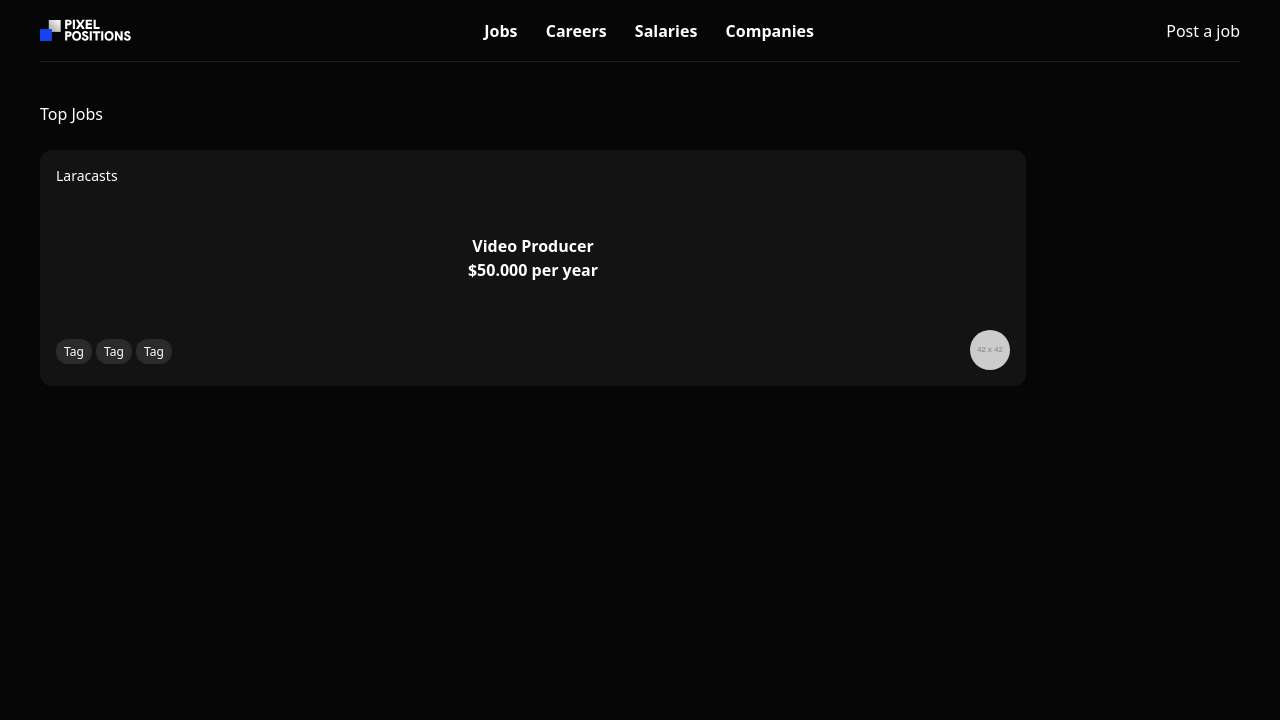
Repository: aggepap/pixel-positions-laravel
Page: http://localhost/
These files come from the project's save history. The page is drawn as it stood at one moment and after a run of saves; the edit follows.
The browser window is 1280 px wide. The pictures show the whole page.
The page is served by the project's Laravel application, run on PHP 8.4 with Laravel 12. Other server files are loaded and not shown. Style sheets and scripts are compiled from the project's sources, by tool versions that may differ from the author's.

Above is the page before, as saved 2025-02-21 20:40:56.

### resources/views/welcome.blade.php
<x-layout>
    <section>
        <h3 class="mb-6">Top Jobs</h3>
            <x-job-card></x-job-card>

    </section>
</x-layout>

### resources/views/components/job-card.blade.php
<div class=" p-4 bg-white/5 rounded-xl flex flex-col gap-4 text-center">

  <div class="self-start text-sm">Laracasts</div>
  <div class="py-8 font-bold"><h3>Video Producer</h3>
  <p>$50.000 per year</p></div>
  <div class="flex justify-between items-center mt-auto">
      <div class="">
      <a href="#" class="bg-white/10 px-2 py-1 rounded-xl text-xs hover:bg-white/25 transition-colors duration-300">Tag</a>
      <a href="#" class="bg-white/10 px-2 py-1 rounded-xl text-xs hover:bg-white/25 transition-colors duration-300">Tag</a>
      <a href="#" class="bg-white/10 px-2 py-1 rounded-xl text-xs hover:bg-white/25 transition-colors duration-300">Tag</a>

  </div>
      <img src="https://placehold.co/42" alt="" class="w-10 h-10 rounded-full">
  </div>
</div>

### resources/views/components/layout.blade.php
<!DOCTYPE html>
<html lang="en">
<head>
  <meta charset="UTF-8">
  <meta name="viewport" content="width=device-width, initial-scale=1.0">
  <title>Pixel Positions</title>
  @vite(['resources/js/app.js', 'resources/css/app.css'])
</head>
<body class="bg-black text-white">
  <div class="px-10">
    <nav class="flex justify-between items-center py-4 border-b border-white/10">
      <div class="">
        <a href="/"> <img src="{{Vite::asset('resources/images/logo.svg')}}" alt="Logo"></a>

      </div>
      <div class="space-x-6 font-bold"><a href="#">Jobs</a>
      <a href="#">Careers</a>
      <a href="#">Salaries</a>
       <a href="#">Companies</a>
      </div>
      <div class=""><a href="#">Post a job</a></div>
    </nav>
    <main class="mt-10 max-w-[986px]">{{$slot}}</main>
  </div>
</body>
</html>

### resources/images/logo.svg
<svg width="92" height="29" viewBox="0 0 92 29" fill="none" xmlns="http://www.w3.org/2000/svg">
    <path fill="url(#eq4u6l1jfa)" d="M8.787 4.021h11.877v11.877H8.787z"/>
    <path fill="#1544EF" d="M0 13.107h11.877v11.877H0z"/>
    <path d="M25.16 13V3.653h3.285c2.159 0 3.245.899 3.245 2.75 0 1.863-1.113 2.842-3.245 2.842H27.25V13H25.16zm2.091-5.686h.979c.858 0 1.354-.134 1.354-.885 0-.71-.429-.845-1.354-.845h-.979v1.73zM32.846 13V3.653h2.106V13h-2.106zm2.988 0 3.044-4.64-3.057-4.707h2.521L40.34 6.9l1.998-3.246h2.508L41.788 8.36 44.846 13h-2.521l-1.998-3.124L38.355 13h-2.52zm9.872 0V3.653h6.276v1.931h-4.17v1.61h3.969v1.944h-3.97v1.931h4.17V13h-6.275zm7.936 0V3.653h2.105v7.416h3.836V13h-5.941zM25.16 24.574v-9.347h3.285c2.159 0 3.245.898 3.245 2.75 0 1.863-1.113 2.842-3.245 2.842H27.25v3.755H25.16zm2.091-5.686h.979c.858 0 1.354-.134 1.354-.885 0-.71-.429-.845-1.354-.845h-.979v1.73zm9.367 5.927c-2.71 0-4.573-1.971-4.573-4.908 0-2.95 1.864-4.921 4.573-4.921 2.735 0 4.586 1.957 4.586 4.921 0 2.95-1.878 4.908-4.586 4.908zm0-2.011c1.515 0 2.467-1.113 2.467-2.897 0-1.797-.952-2.91-2.467-2.91-1.502 0-2.468 1.086-2.468 2.91 0 1.81.966 2.897 2.468 2.897zm8.63 1.97c-1.944 0-3.472-1.166-3.754-2.95l2.092-.522c.094 1.1.764 1.609 1.703 1.609.684 0 1.247-.335 1.247-1.046 0-.43-.429-.751-1.65-1.247-1.997-.805-2.721-1.542-2.721-2.977 0-1.556 1.22-2.655 3.057-2.655 1.3 0 2.347.603 2.95 1.81l-1.743 1.086c-.282-.684-.738-1.032-1.274-1.032-.483 0-.885.308-.885.75 0 .456.362.778 1.703 1.301 2.011.778 2.655 1.449 2.655 2.776 0 1.85-1.475 3.098-3.38 3.098zm4.478-.2v-9.347h2.106v9.347h-2.106zm5.724 0v-7.416h-2.736v-1.931h7.59v1.931h-2.722v7.416H55.45zm5.735 0v-9.347h2.105v9.347h-2.105zm7.91.241c-2.71 0-4.573-1.971-4.573-4.908 0-2.95 1.864-4.921 4.573-4.921 2.735 0 4.586 1.957 4.586 4.921 0 2.95-1.878 4.908-4.586 4.908zm0-2.011c1.515 0 2.467-1.113 2.467-2.897 0-1.797-.952-2.91-2.467-2.91-1.502 0-2.468 1.086-2.468 2.91 0 1.81.966 2.897 2.468 2.897zm11.487-7.577h2.105v9.347h-2.159l-3.513-5.726v5.726h-2.106v-9.347h2.146l3.527 5.7v-5.7zm6.848 9.548c-1.945 0-3.473-1.167-3.755-2.95l2.092-.523c.094 1.1.764 1.609 1.703 1.609.684 0 1.247-.335 1.247-1.046 0-.43-.429-.751-1.65-1.247-1.997-.805-2.721-1.542-2.721-2.977 0-1.556 1.22-2.655 3.057-2.655 1.3 0 2.347.603 2.95 1.81l-1.743 1.086c-.282-.684-.738-1.032-1.274-1.032-.483 0-.885.308-.885.75 0 .456.362.778 1.703 1.301 2.011.778 2.655 1.449 2.655 2.776 0 1.85-1.475 3.098-3.38 3.098z" fill="#fff"/>
    <defs>
        <linearGradient id="eq4u6l1jfa" x1="20.5" y1="4" x2="8" y2="16.5" gradientUnits="userSpaceOnUse">
            <stop stop-color="#fff"/>
            <stop offset="1" stop-color="#999"/>
        </linearGradient>
    </defs>
</svg>

### tailwind.config.js
import defaultTheme from "tailwindcss/defaultTheme";

/** @type {import('tailwindcss').Config} */
export default {
    content: [
        "./vendor/laravel/framework/src/Illuminate/Pagination/resources/views/*.blade.php",
        "./storage/framework/views/*.php",
        "./resources/**/*.blade.php",
        "./resources/**/*.js",
        "./resources/**/*.vue",
    ],
    theme: {
        extend: {
            fontFamily: {
                sans: ["Figtree", ...defaultTheme.fontFamily.sans],
            },
            colors: {
                black: "#060606",
            },
        },
    },
    plugins: [],
};

Loaded but not shown: app/Providers/AppServiceProvider.php (common file); routes/web.php (common file); resources/css/app.css (common file)

After the next 2 saves:
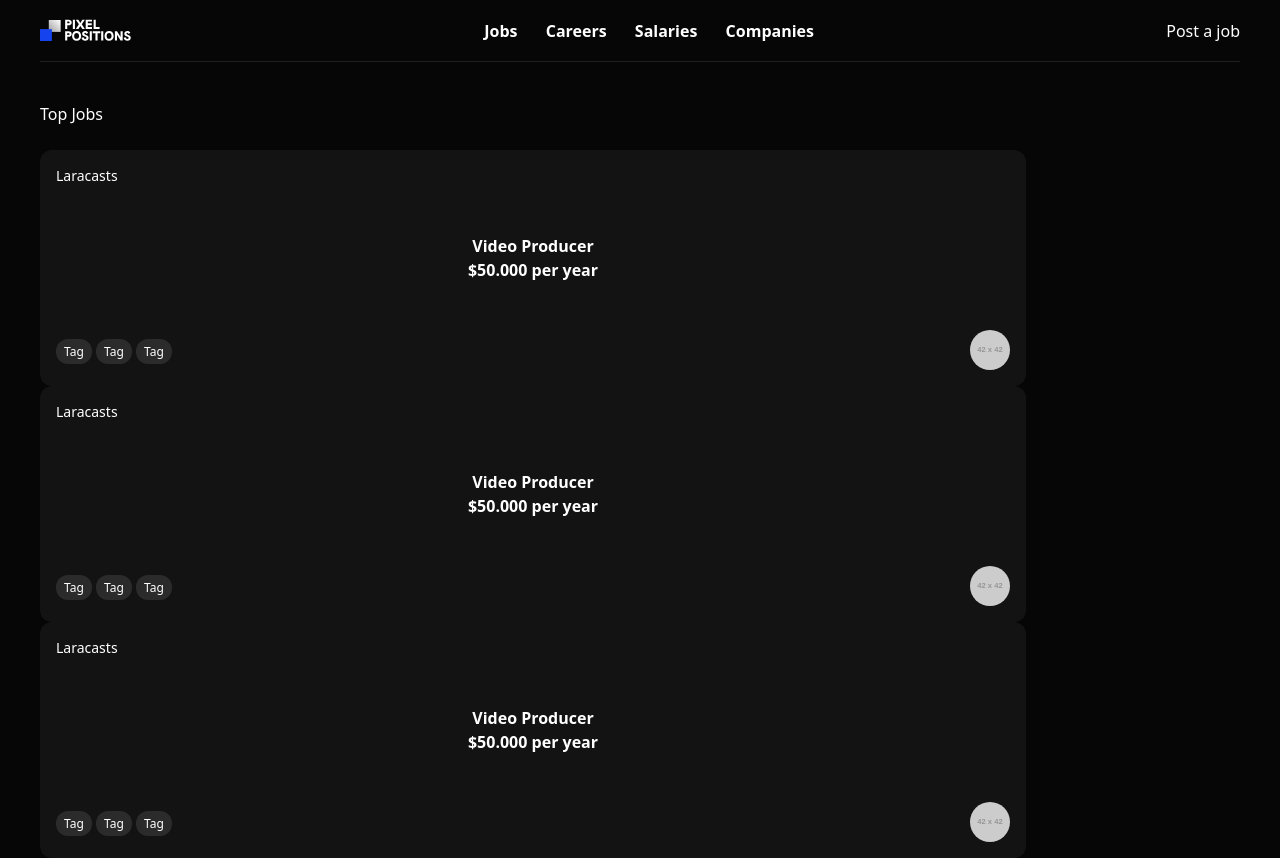
The 2 saves are shown as one change because they came seconds apart.
The last was saved 15 s later.
--- a/resources/views/welcome.blade.php
+++ b/resources/views/welcome.blade.php
@@ -1,7 +1,9 @@
 <x-layout>
     <section>
         <h3 class="mb-6">Top Jobs</h3>
-            <x-job-card></x-job-card>
+            <x-job-card />
+            <x-job-card />
+            <x-job-card />
 
     </section>
 </x-layout>

After the 2 saves that followed:
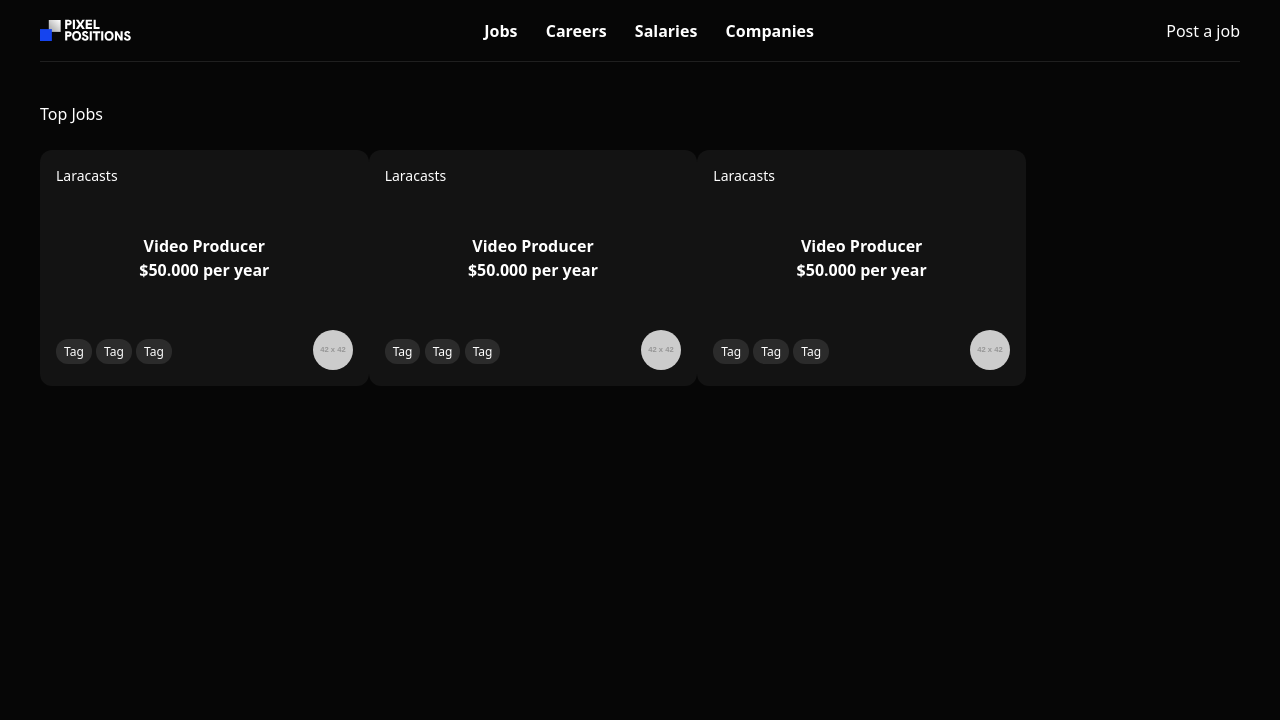
The 2 saves are shown as one change because 1 left the picture as it was.
The last was saved 36 s later.
--- a/resources/views/welcome.blade.php
+++ b/resources/views/welcome.blade.php
@@ -1,9 +1,10 @@
 <x-layout>
     <section>
         <h3 class="mb-6">Top Jobs</h3>
+        <div class="grid lg:grid-cols-3">   <x-job-card />
             <x-job-card />
             <x-job-card />
-            <x-job-card />
+        </div>
 
     </section>
 </x-layout>
